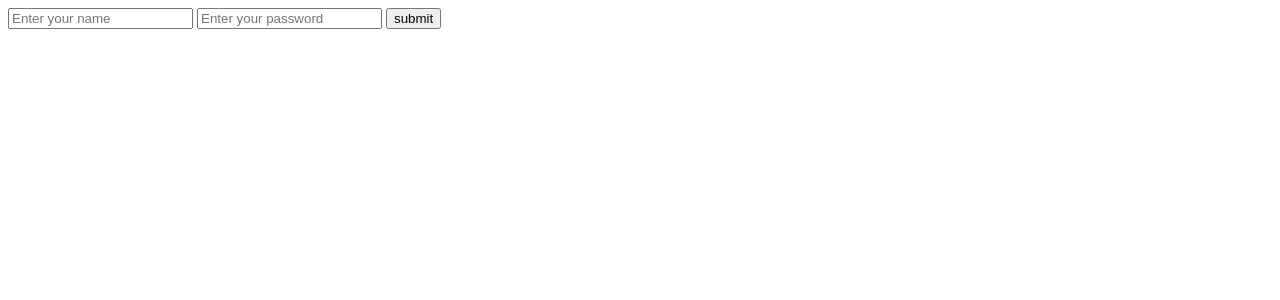
Repository: Rudra-Shiva74/JSP
Page: http://localhost/SessionCookies/Login.jsp
An editor plug-in stored every save of this project. The page is shown before and after the next save, followed by the edit.
The browser window is 1280 px wide. The pictures show the whole page.
The page is served by Tomcat 10.

Above is the page before, as saved 2023-09-03 14:21:17.

After the next save:
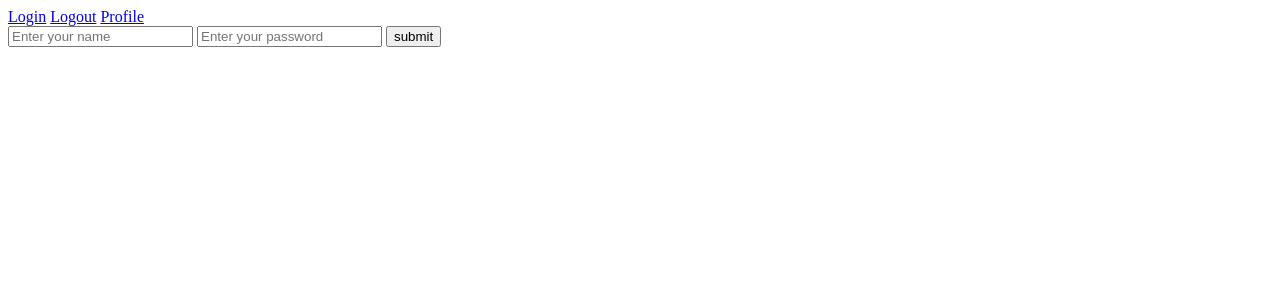
Saved 25 s later.
--- a/SessionCookies/src/main/webapp/Login.jsp
+++ b/SessionCookies/src/main/webapp/Login.jsp
@@ -7,7 +7,7 @@
 <title>Login</title>
 </head>
 <body>
-
+	<%@ include file="index.jsp"%>
 	<form action="Login" method="post">
 		<input type="text" placeholder="Enter your name" name="name" /> <input
 			type="password" placeholder="Enter your password" name="password" />
